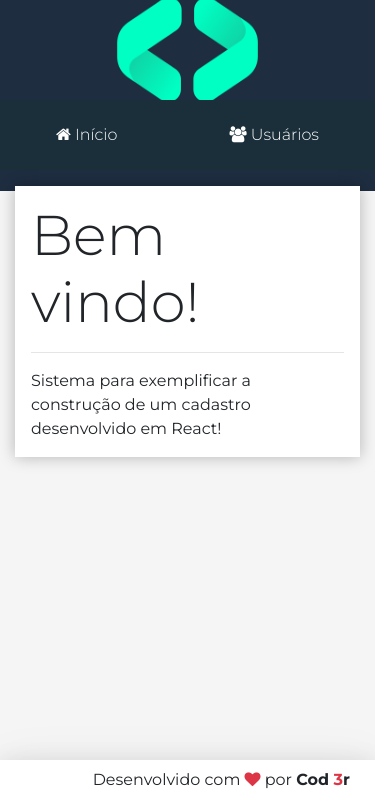
Repository: eversonps/projeto-cadastro-usuarios-firebase
Page: / (app in frontend/)
The author's editor kept a copy of each file at every save. The page is drawn from the files as they stood at one save, then again after the next save.
The browser window is 375 px wide. The pictures show the whole page.
The project was rebuilt for these pictures with package versions that can differ from the ones it lists, and the page was loaded fresh each time. Also part of the build but not shown: frontend/src/components/user/userCrud.jsx.

Above is the page before, as saved 2022-03-22 15:40:06.

### frontend/public/index.html
<!DOCTYPE html>
<html lang="en">
  <head>
    <meta charset="utf-8" />
    <link rel="icon" href="%PUBLIC_URL%/favicon.ico" />
    <link rel="preconnect" href="https://fonts.googleapis.com">
    <link rel="preconnect" href="https://fonts.gstatic.com" crossorigin>
    <link href="https://fonts.googleapis.com/css2?family=Montserrat:wght@300;400;700&display=swap" rel="stylesheet">
    <meta name="viewport" content="width=device-width, initial-scale=1" />
    <meta name="theme-color" content="#000000" />
    <meta
      name="description"
      content="Web site created using create-react-app"
    />
    <link rel="apple-touch-icon" href="%PUBLIC_URL%/logo192.png" />
    <!--
      manifest.json provides metadata used when your web app is installed on a
      user's mobile device or desktop. See https://developers.google.com/web/fundamentals/web-app-manifest/
    -->
    <link rel="manifest" href="%PUBLIC_URL%/manifest.json" />
    <!--
      Notice the use of %PUBLIC_URL% in the tags above.
      It will be replaced with the URL of the `public` folder during the build.
      Only files inside the `public` folder can be referenced from the HTML.

      Unlike "/favicon.ico" or "favicon.ico", "%PUBLIC_URL%/favicon.ico" will
      work correctly both with client-side routing and a non-root public URL.
      Learn how to configure a non-root public URL by running `npm run build`.
    -->
    <title>React App</title>
  </head>
  <body>
    <noscript>You need to enable JavaScript to run this app.</noscript>
    <div id="root"></div>
    <!--
      This HTML file is a template.
      If you open it directly in the browser, you will see an empty page.

      You can add webfonts, meta tags, or analytics to this file.
      The build step will place the bundled scripts into the <body> tag.

      To begin the development, run `npm start` or `yarn start`.
      To create a production bundle, use `npm run build` or `yarn build`.
    -->
  </body>
</html>

### frontend/src/index.js
import React from 'react';
import ReactDOM from 'react-dom';
import './index.css';
import App from './main/app';
import reportWebVitals from './reportWebVitals';

ReactDOM.render(
  <React.StrictMode>
    <App />
  </React.StrictMode>,
  document.getElementById('root')
);

// If you want to start measuring performance in your app, pass a function
// to log results (for example: reportWebVitals(console.log))
// or send to an analytics endpoint. Learn more: https://bit.ly/CRA-vitals
reportWebVitals();

### frontend/src/main/app.jsx
import "./app.css"
import "bootstrap/dist/css/bootstrap.min.css"
import "font-awesome/css/font-awesome.min.css"

import React from "react"

import Logo from "../components/template/logo"
import Nav from "../components/template/nav"
import Footer from "../components/template/footer"
import Routes from "./routes"

import {BrowserRouter as Router} from "react-router-dom"

export default props => {
    return (
        <div className="app">
            <Router>
                <Logo></Logo>
                <Nav></Nav>
                <Routes></Routes>
                <Footer></Footer>
            </Router>
        </div>
    )
}

### frontend/src/main/app.css
:root{
    --bg-dark: #1A2F3A;
    --logo-height: 100px;
    --header-height: 100px;
    --aside-width: 225px;
    --footer-height: 40px;
    --menu-top-right: 70px;

    --shadow: 0 2px 23px 0 rgba(0, 0, 0, 0.1), 0 2px 49px 0 rgba(0, 0, 0, 0.06);
}

* {
    box-sizing: border-box;
    font-family: 'Montserrat', sans-serif;
}

.app{
    margin: 0px;
    display: grid;
    grid-template-columns: var(--aside-width) 1fr;
    grid-template-rows: var(--header-height) 1fr var(--footer-height);
    grid-template-areas:
        "logo header"
        "menu content"
        "menu footer";
    height: 100vh;
    background-color: #F5F5F5;
}

aside.logo{
    grid-area: logo;
}

header.header{
    grid-area: header;
}

aside.menu-area{
    grid-area: menu;
}

main.content{
    grid-area: content;
}

footer.footer{
    grid-area: footer;
}

@media(max-width: 768px){
    .app{
        grid-template-rows: var(--header-height) var(--menu-top-right) 1fr var(--footer-height);
        grid-template-columns: var(--aside-width) 1fr;
        grid-template-areas:
            "logo header"
            "menu menu"
            "content content"
            "footer footer"
        ;
    }
}

@media(max-width: 576px){
    .app{
        grid-template-rows: var(--logo-height) var(--menu-top-right) 1fr var(--footer-height);
        grid-template-columns: 1fr;
        grid-template-areas: "logo" "menu" "content" "footer";
    }
}

### frontend/src/components/template/logo.jsx
import React from "react"
import "./logo.css"
import logo from "../../assets/images/logo.png"

import { Link } from "react-router-dom"
export default props => (
    <aside className="logo">
        <Link to="/" className="logo">
            <img src={logo} alt="logo" />
        </Link>
    </aside>
)

### frontend/src/components/template/nav.jsx
import React from "react"
import "./nav.css"

import {Link} from "react-router-dom"

export default props => {
    return (
        <aside className="menu-area">
            <nav className="menu">
                <Link to="/">
                    <i className="fa fa-home"></i> Início
                </Link>
                <Link to="/users">
                    <i className="fa fa-users"></i> Usuários
                </Link>
            </nav>
        </aside>
    )
}

### frontend/src/components/template/footer.jsx
import React from "react";
import "./footer.css"

export default props => (
    <footer className="footer">
        <span>
            Desenvolvido com <i className="fa fa-heart text-danger"></i> por <strong>Cod <span className="text-danger">3</span>r</strong>
        </span>
    </footer>
)

### frontend/src/main/routes.jsx
import React from "react";
import {Routes, Route} from "react-router-dom"

import Home from "../components/home/home"
import UserCrud from "../components/user/userCrud"

export default props => (
    <Routes>
        <Route path="/" element={<Home />}/>
        <Route path="/users" element={<UserCrud />}/>
        <Route path="*" element={<Home />}/>
    </Routes>
)

### frontend/src/components/template/logo.css
aside.logo{
    background-color: var(--bg-dark);
    display: flex;
    justify-content: center;
    align-items: center;
}

aside.logo img {
    width: 100%;
}

### frontend/src/components/template/nav.css
aside.menu-area{
    background-color: var(--bg-dark);
    box-shadow: 2px 0 10px 0 rgba(0,0,0,0.12), rgba(0,0,0,0.09);
}

.menu a{
    display: block;
    text-decoration: none;
    color: #FFF;
    font-weight: 300;
    padding: 15px;
}

.menu a:hover {
    background: linear-gradient(135deg, #07A7E3 0%, #32DAC3 100%);
}

@media(max-width: 768px){
    .menu{
        display: flex;
        justify-content: flex-start;
        align-items: center;
    }

    .menu a{
        margin: 0px;
        display: inline;
        padding: 10px;
    }

    .menu {
        height: 100%;
        justify-content: space-around;
    }
}

### frontend/src/components/template/footer.css
footer.footer{
    display: flex;
    align-items: center;
    justify-content: flex-end;
    padding: 0 25px;
    background-color: #FFF;
    box-shadow: var(--shadow);
}

### frontend/src/components/home/home.jsx
import React from "react"
import Main from "../template/main"

export default props => (
    <Main icon="home" title="Inicio" subtitle="Segundo Projeto do capítulo de React">
        <div className="display-4">
            Bem vindo!
        </div>
        <hr />
        <p className="mb-0">Sistema para exemplificar a construção de um cadastro desenvolvido em React!</p>
    </Main>
)

### frontend/src/components/template/main.jsx
import React from "react"
import Header from "./header"
import "./main.css"

export default props => (
    <>
        <Header {...props}></Header>
        <main className="content container-fluid">
            <div className="p-3 mt-3">
                {props.children}
            </div>
        </main>
    </>
)

### frontend/src/components/template/header.jsx
import React from "react";
import "./header.css"

export default props => (
    <header className="header d-none d-sm-flex flex-column">
        <h1 className="mt-3">
            <i className={`fa fa-${props.icon}`}></i> {props.title}
        </h1>
        <p className="lead text-muted">{props.subtitle}</p>
    </header>
)

### frontend/src/components/template/header.css
header.header{
    background-color: #FFF;
    padding: 0px 15px;
    overflow: hidden;
    white-space: nowrap;
    box-shadow: var(--shadow);
}

header.header h1{
    font-size: 1.8em;
}

Loaded but not shown: frontend/src/index.css (common file); frontend/src/reportWebVitals.js (common file); frontend/src/components/template/main.css (common file)

After the next save:
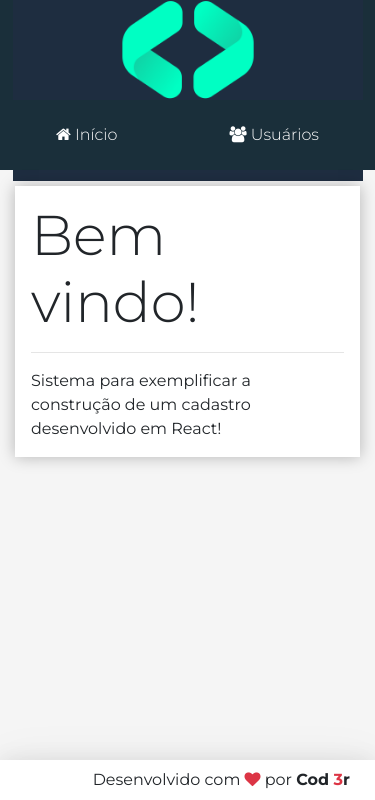
Saved 35 s later.
--- a/frontend/src/components/template/logo.css
+++ b/frontend/src/components/template/logo.css
@@ -8,3 +8,9 @@ aside.logo{
 aside.logo img {
     width: 100%;
 }
+
+@media(max-width: 576px){
+    aside.logo img {
+        width: 350px;
+    }
+}
